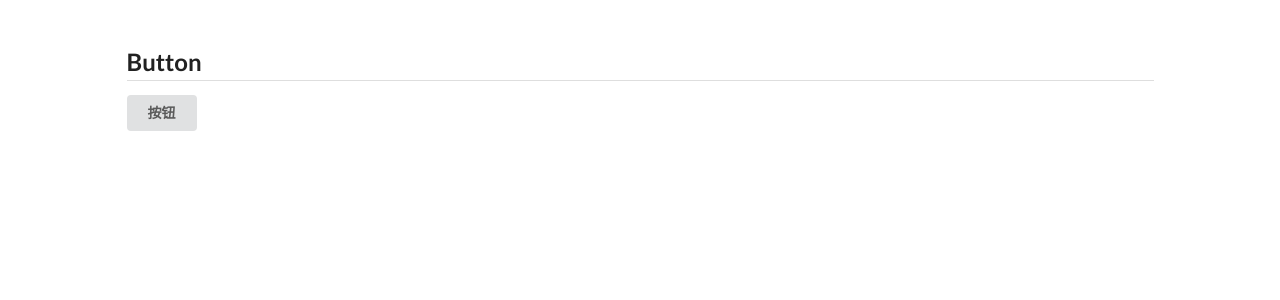
Repository: GOGOHQ/myblog
Page: index.html
These files come from the project's save history. The page is drawn as it stood at one moment and after the next save; the edit follows.
The browser window is 1280 px wide. The pictures show the whole page.
Some web libraries are served in a nearby version.

Above is the page before, as saved 2020-01-16 12:55:05.

### index.html
<!DOCTYPE html>
<html lang="en">

<head>
    <meta charset="UTF-8">
    <meta name="viewport" content="width=device-width, inital-scale=1.0">
    <title>首页</title>
    <link rel="stylesheet" href="https://cdn.jsdelivr.net/semantic-ui/2.2.4/semantic.min.css">
    <script src="https://cdn.jsdelivr.net/npm/jquery@3.2/dist/jqurey.min.js"></script>
    <script src="https://cdn.jsdelivr.net/semantic-ui/2.2.4/semantic.min.js"></script>
</head>

<body>
<div class="ui container" style="padding:50px">
    <h2 class="ui dividing header">Button</h2>
    <button class="ui button">按钮</button>
</div>


</body>


</html>

After the next save:
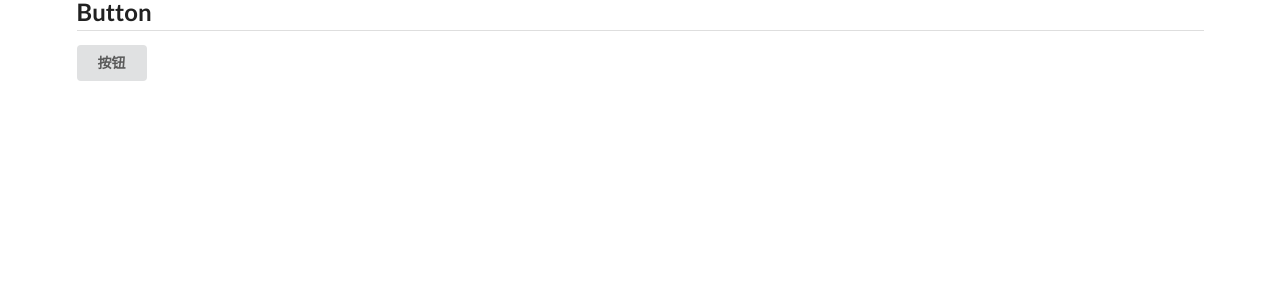
Saved 8 s later.
--- a/index.html
+++ b/index.html
@@ -11,7 +11,7 @@
 </head>
 
 <body>
-<div class="ui container" style="padding:50px">
+<div class="ui container">
     <h2 class="ui dividing header">Button</h2>
     <button class="ui button">按钮</button>
 </div>

After the save that followed:
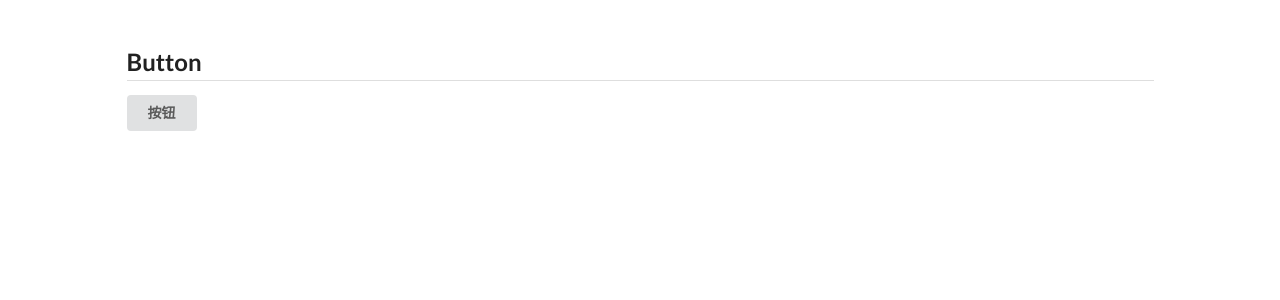
Saved 9 s later.
--- a/index.html
+++ b/index.html
@@ -11,7 +11,7 @@
 </head>
 
 <body>
-<div class="ui container">
+<div class="ui container" style="padding:50px">
     <h2 class="ui dividing header">Button</h2>
     <button class="ui button">按钮</button>
 </div>
